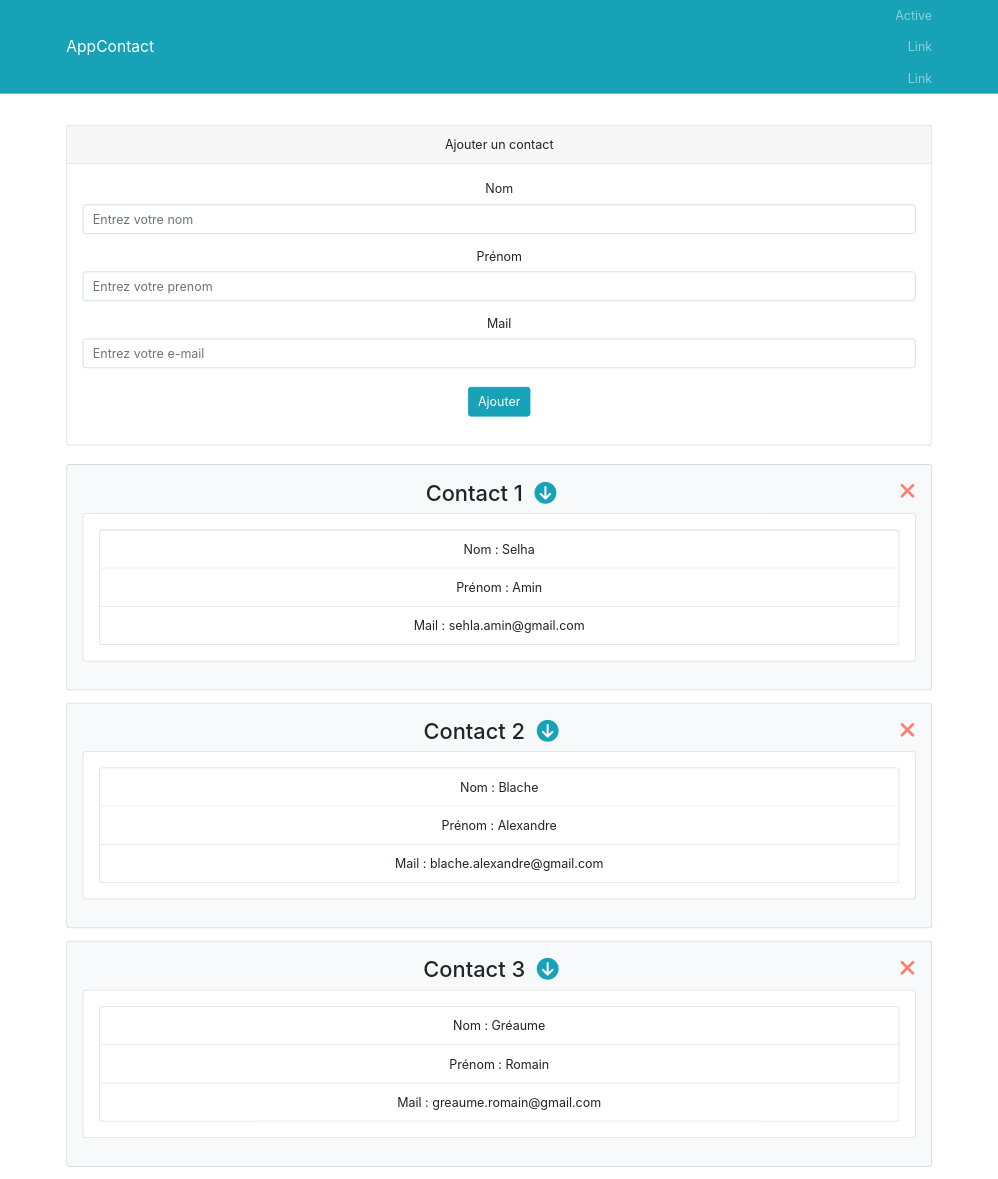
Repository: romgrm/appContact
Page: /
The author's editor kept a copy of each file at every save. The page is drawn from the files as they stood at one save, then again after the next save.
The browser window is 1280 px wide. The pictures show the whole page, at 78% of full size.
Some web libraries are served in a nearby version. The project was rebuilt for these pictures with package versions that can differ from the ones it lists, and the page was loaded fresh each time.

Above is the page before, as saved 2020-12-04 14:25:59.

### public/index.html
<!DOCTYPE html>
<html lang="en">
  <head>
    <meta charset="utf-8" />
    <link rel="icon" href="%PUBLIC_URL%/favicon.ico" />
    <meta name="viewport" content="width=device-width, initial-scale=1" />
    <meta name="theme-color" content="#000000" />
    <meta
      name="description"
      content="Web site created using create-react-app"
    />
    <link rel="apple-touch-icon" href="%PUBLIC_URL%/logo192.png" />

    <link rel="manifest" href="%PUBLIC_URL%/manifest.json" />

    <title>React App</title>
  </head>
  <body>
    <noscript>You need to enable JavaScript to run this app.</noscript>
    <div id="root"></div>
    <script src="https://kit.fontawesome.com/f66925acc9.js" crossorigin="anonymous"></script>

  </body>
</html>

### src/App.js
import Header from './Components/Header'
import Liste from './Components/Liste'
import {Provider} from './Context'
import AddContact from './Components/AddContact'

import 'bootstrap/dist/css/bootstrap.min.css'


function App() {
  return (

    // On importe notre Provider et on entoure notre app de notre Provider pour que nos components ai bien accès au state
    <Provider>

      <div className="App">
        <Header />
        <div className="container pt-4">
        <AddContact />
      </div>
        <div className="container pt-4">
          <Liste />
        </div>
      </div>
    </Provider>
  );
}

export default App;

### src/Components/Header.js
import React, { Component } from 'react'

export default class Header extends Component {
    render() {
        return (
            <React.Fragment>
                <nav className="navbar navbar-dark bg-info mb-3 py-0">
                    <div className="container">
                        <a href="/" className="navbar-brand">AppContact</a>
                        <ul className="navbar-nav">
                            <li className="nav-item ml-auto">
                                <a className="nav-link " href="/">Active</a>
                            </li>
                            <li className="nav-item ml-auto">
                                <a className="nav-link" href="/">Link</a>
                            </li>
                            <li className="nav-item ml-auto">
                                <a className="nav-link" href="/">Link</a>
                            </li>
                        </ul>
                    </div>
                </nav>

            </React.Fragment>

        )
    }
}

### src/Components/Liste.js
import React, { Component } from 'react'
import Contact from './Contact'
import { Consumer } from '../Context'


// On importe le Consumer qui va permettre au component Liste d'utiliser notre Provider et donc utiliser notre State
export default class Liste extends Component {



    // // Fonction qui permet de delete un contact par rapport à son id rentré en paramètre de la fonction
    // deleteContactData = (id) => {
    //     this.setState({
    //         contacts: this.state.contacts.filter(current => current.id !== id) // on ne garde que les id qui ne sont pas égaux à l'id entré en paramètre, autrement dit l'id 'current'
    //     })
    //     // Mon "nouveau contacts" est mtn égal à mon contacts filtré par son id
    // }

    render() {
        return (
            // On intègre le Consumer à notre render(). On utilise 'value' qui fait référence au value de notre Provider dans Context.js, autrement dit à la valeur de notre state, puis on return notre code qui fait appel au state et qui renvoie des props à Contact.js
            <Consumer>
                {value => {
                    return (
                        <React.Fragment>
                            {value.contacts.map(current => ( // ici on appelle plus this.state.contacts mais value.contacts, car value contient notre state dans Context.js ou est notre objet contacts et ses données
                                <Contact
                                    key={current.id}
                                    id={current.id} // on rajoute cet id car même si c'est le même id que celui de la 'key', on a pas le droit d'utiliser la 'key' comme identifiant d'un élément dans un component
                                    Contact={current.contact}
                                    Nom={current.nom}
                                    Prenom={current.prenom}
                                    Mail={current.mail}
                                    // Delete est considéré comme une fonction anonyme qui prend en valeur la fonction deleteContactData() avec comme paramètre l'id de 'current', donc l'id actuel
                                    // Delete={() => this.deleteContactData(current.id)}
                                    />

                            ))}
                        </React.Fragment>
                    )
                }}
            </Consumer>

        )
    }
}

### src/Context.js
import React, {Component} from 'react'

// création de l'Api context
const Context = React.createContext();

// création du Reducer, qui va permettre d'effecturer des actions
// Il prend en paramètre le state et 'action' qui va donc permettre de gérer les actions avec action entré en paramètre de notre reducer

const reducer = (state, action) => {

    // Le switch permet de gérer plusieurs actions. Notre première action est la suppression d'un contact.
    switch(action.type) {
        case 'DELETE_CONTACT':
            return{
                contacts: state.contacts.filter(current => current.id !== action.payload) // on return la fonction similaire qu'on avait fait dans Liste.js pour delete un contact sauf qu'a la fin
                                                                                        //c'est pas juste 'id' mais action.payload, payload signifiant lorsque l'action est effectuée/résultat de l'évènement
                                                                                        // donc on va garder seulement ceux sur quoi on a pas eu un évènement/action, en l'occurence le clic sur la croix rouge
            };
            default: return state;
    }
}

export class Provider extends Component {
    state = {
        contacts: [
            {
                id:1,
                contact: 'Contact 1',
                nom: 'Selha',
                prenom: 'Amin',
                mail: 'sehla.amin@gmail.com'
            },
            {
                id:2,
                contact: 'Contact 2',
                nom: 'Blache',
                prenom: 'Alexandre',
                mail: 'blache.alexandre@gmail.com'
            },
            {
                id:3,
                contact: 'Contact 3',
                nom: 'Gréaume',
                prenom: 'Romain',
                mail: 'greaume.romain@gmail.com'
            }
        ],

        /** Le Dispatch va permettre d'executer les actions du reducer avec les components. C'est donc logique d'avoir une modification du state (setState) qui renvoie le reducer avec le state&action */
        dispatch: action => {
            this.setState(state => reducer(state,action))
        }
    }

    render(){
        return(

            /**Le provider va nous permettre de donner/rendre/fournir notre state à des components car il va entourer toute notre application. Le this.props.children va permettre à nos composants d'apparaitre/d'être affichés vu que notre provider va entourer toute l'app */
            <Context.Provider value={this.state}>
                {this.props.children}
            </Context.Provider>
        )
    }
}

// on exporte le Consumer qui va permettre aux components d'utiliser le state de notre provider.
export const Consumer = Context.Consumer;

### src/Components/AddContact.js
import React, { Component } from 'react'
import Contact from './Contact'

export default class AddContact extends Component {

    state = {
        nom: '',
        prenom: '',
        mail: ''
    }

    onChange = (event) => {
        this.setState({
            [event.target.name]: event.target.value // [event.target.name] -> récupère tous les 'name' des inputs (donc nom,prenom,mail). event.target.valuue -> récupère tous les 'value' des inputs.
        })
    }

    onSubmit = (event) => {
        event.preventDefault()
        console.log(this.state)

    }
    render() {
        return (
            <div className="card text-center">
                <div className=" card-header">Ajouter un contact</div>

                <div className="card-body">
                    <form >
                        <div className="form-group">
                            <label htmlFor="nom">Nom</label>
                            <input
                                type="text"
                                className="form-control"
                                name="nom"
                                placeholder="Entrez votre nom"
                                style={{textCenter: 'center'}}
                                onChange={this.onChange}
                                value={this.state.nom}
                            ></input>
                            <label htmlFor="prenom" className="mt-3">Prénom</label>
                            <input
                                type="text"
                                className="form-control"
                                name="prenom"
                                placeholder="Entrez votre prenom"
                                onChange={this.onChange}
                                value={this.state.prenom}
                            ></input>
                            <label htmlFor="mail" className="mt-3">Mail</label>
                            <input
                                type="text"
                                className="form-control"
                                name="mail"
                                placeholder="Entrez votre e-mail"
                                onChange={this.onChange}
                                value={this.state.mail}
                            ></input>
                            <input
                            onSubmit={this.onSubmit}
                            type="submit"
                            value="Ajouter"
                            className="btn btn-info mt-4">
                            </input>

                        </div>

                    </form>
                </div>

            </div>
        )
    }
}

### src/Components/Contact.js
import React, { Component } from 'react'
import {Consumer} from '../Context'

export default class Contact extends Component {

    state = {
        show: true
    }

    // Fonction qui permet de faire l'inverse de show (tips: on fait une fonction flechée car les fonctions simple ne peuvent être référencées avec le this.nomdelafunction)
    display = () => {
        this.setState({
            show: !this.state.show
        }, console.log(this.state.show))
    }

    // La fonction deleteContact va prendre en paramètre l'id de notre contact (présent dans le state global de Context.js) ainsi que le dispatch (permet de récupérer les actions émises par le Reducer)
    deleteContact = (id, dispatch) => {
        dispatch({type: 'DELETE_CONTACT', payload: id}) // on éxécute le dispatch en lui mettant le type d'action a effectuer (on reprend l'action DELETE_CONTACT créée dans le switch de notre Reducer) et le trigger/déclencher Payload qui est l'id de notre contact à delete
    }

    render() {
        // on fait pareil que dans Liste.js, on import le Consumer et on intègre dans le Consumer nos données pour qu'elles aient accès au state du Provider
        return(
            <Consumer>
                {value => {
                    return(
                        <div className="card card-body bg-light text-center mb-3">
                <p className="h3">{this.props.Contact}&nbsp; <i style={{cursor: 'pointer', color: '#18A2B8'}} className="fas fa-arrow-circle-down"
                onClick={this.display}></i>
                <i className="fas fa-times" style={{float:'right', cursor: 'pointer', color: 'salmon'}}
                onClick={() => this.deleteContact(this.props.id, value.dispatch)}></i> {/** ici on utilise notre Croix pour effectué une action au clic. Cette action va appeler la fonction deleteContact() qui va prendre en paramètre l'id de notre contact (qui est dans le state) ainsi que l'action à executée (DELETE_CONTACT) présent dans le Reducer, envoyée grâce au Dispatch, lui même présent dans le state (d'ou le value.dispatch) */}
                </p>
                {/*Opération ternaire qui permet de dire : est ce que le show de state est 'true' ? si oui, affiche moi les données, si non, return null, donc cache les */}
                {this.state.show ? (
                    <ul className="card card-body">
                    <li className="list-group-item"> Nom : {this.props.Nom}</li>
                    <li className="list-group-item"> Prénom : {this.props.Prenom}</li>
                    <li className="list-group-item"> Mail : {this.props.Mail}</li>
                </ul>
                ) : null}
            </div>
                    )
                }}
            </Consumer>
        )
    }
}

Loaded but not shown: src/index.js (common file)

After the next save:
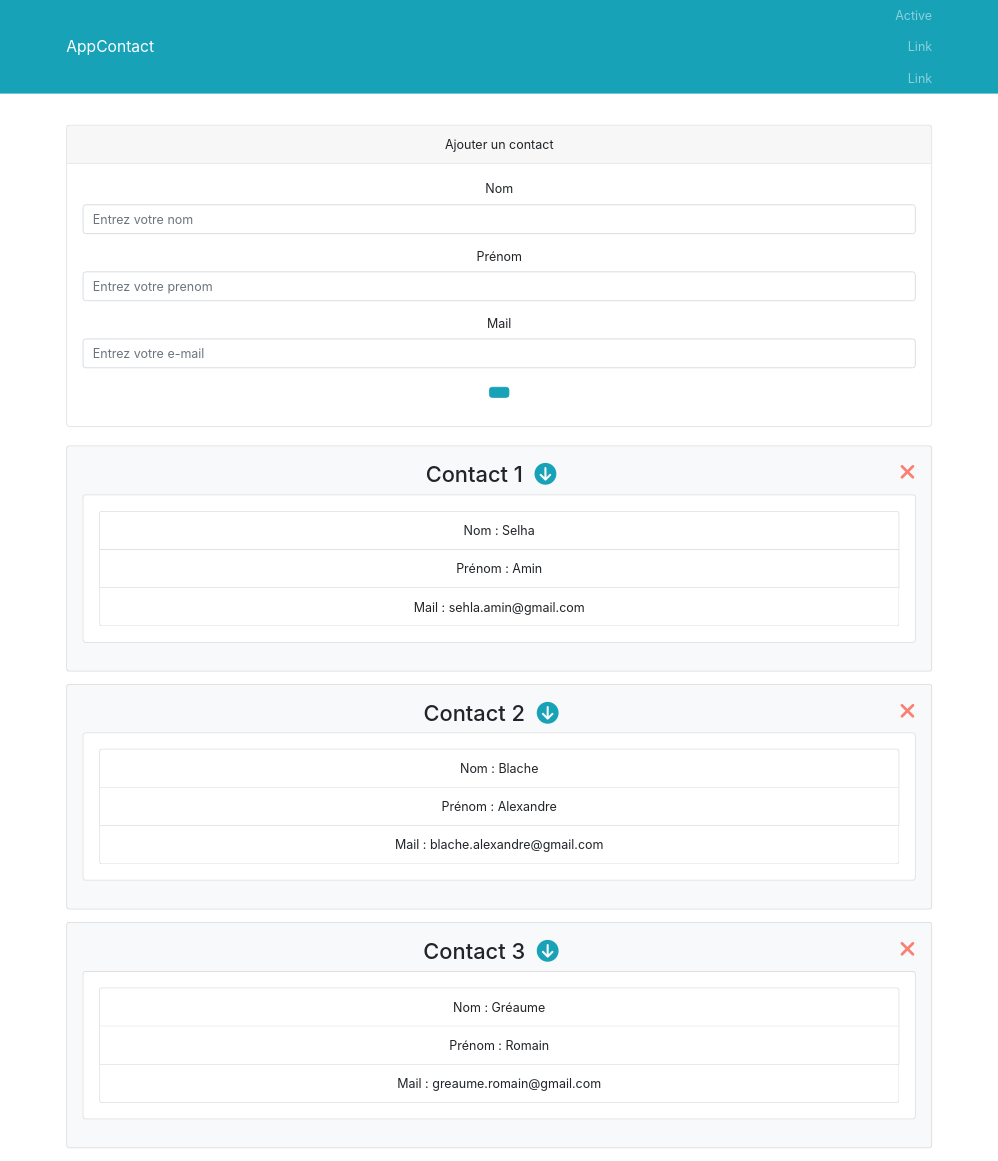
Saved 35 s later.
--- a/src/Components/AddContact.js
+++ b/src/Components/AddContact.js
@@ -56,12 +56,12 @@
                                 onChange={this.onChange}
                                 value={this.state.mail}
                             ></input>
-                            <input
+                            <button
                             onSubmit={this.onSubmit}
                             type="submit"
                             value="Ajouter"
                             className="btn btn-info mt-4">
-                            </input>
+                            </button>
 
                         </div>
 

After the save that followed:
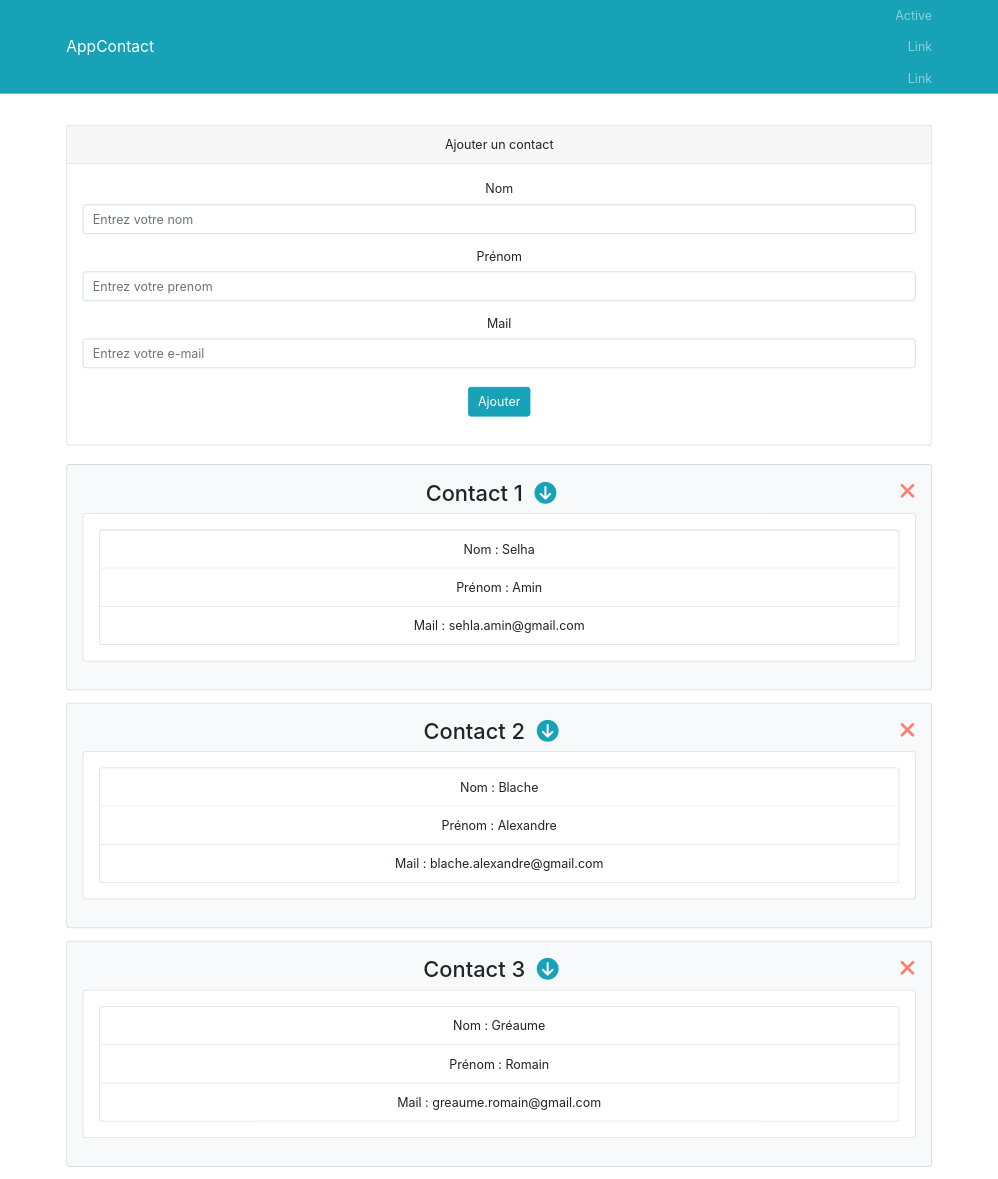
Saved 33 s later.
--- a/src/Components/AddContact.js
+++ b/src/Components/AddContact.js
@@ -56,12 +56,12 @@
                                 onChange={this.onChange}
                                 value={this.state.mail}
                             ></input>
-                            <button
+                            <input
                             onSubmit={this.onSubmit}
                             type="submit"
                             value="Ajouter"
                             className="btn btn-info mt-4">
-                            </button>
+                            </input>
 
                         </div>
 
